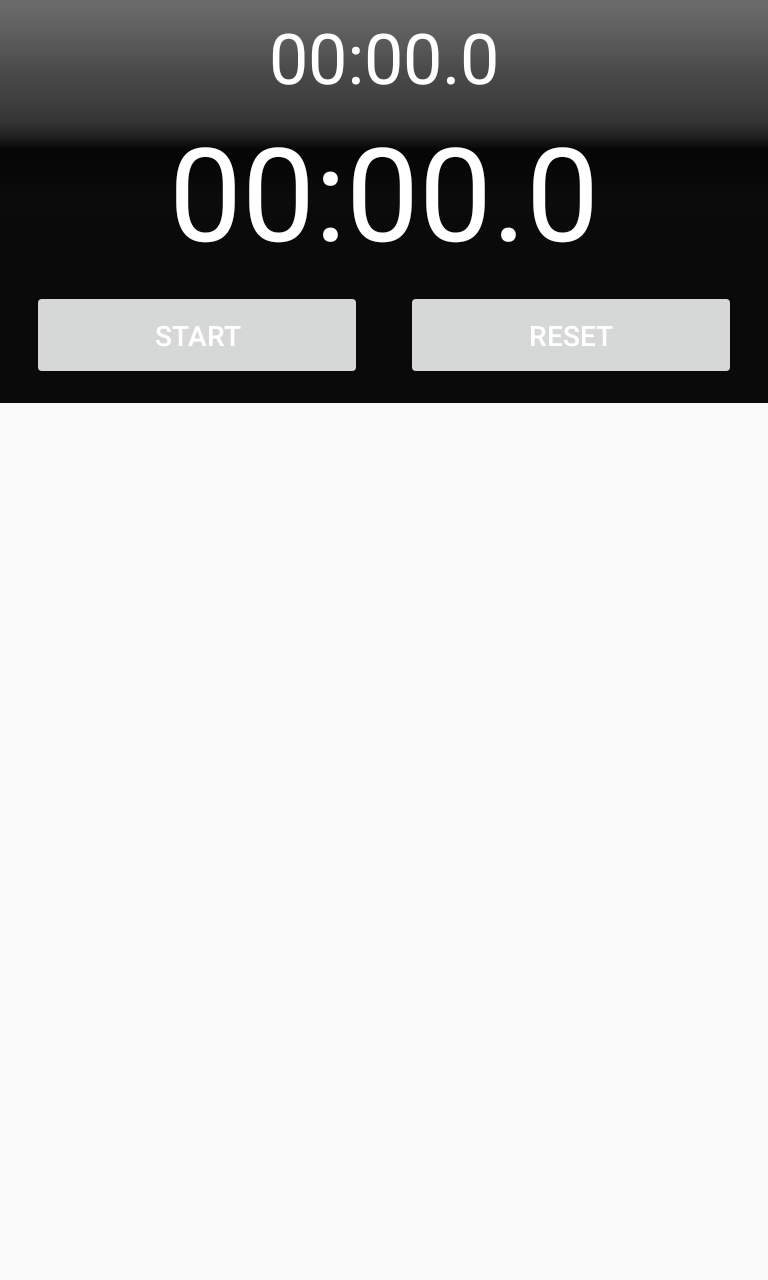
Repository: GitDidNotExitCleanly/AndroidTimer
Layout: G54MDP_Stopwatch/res/layout/fragment_stopwatch.xml
These files come from the project's save history. The layout is drawn as it stood at one moment and after the next save; the edit follows.
Pictures or frames that could not be fetched are drawn as grey boxes. It is drawn on a 768 x 1280 px phone screen (xhdpi) without system bars, with theme AppTheme; the app's code is not run. Lists and similar views that code fills are empty.

Above is the layout before, as saved 2015-03-07 02:34:06.

After the next save:
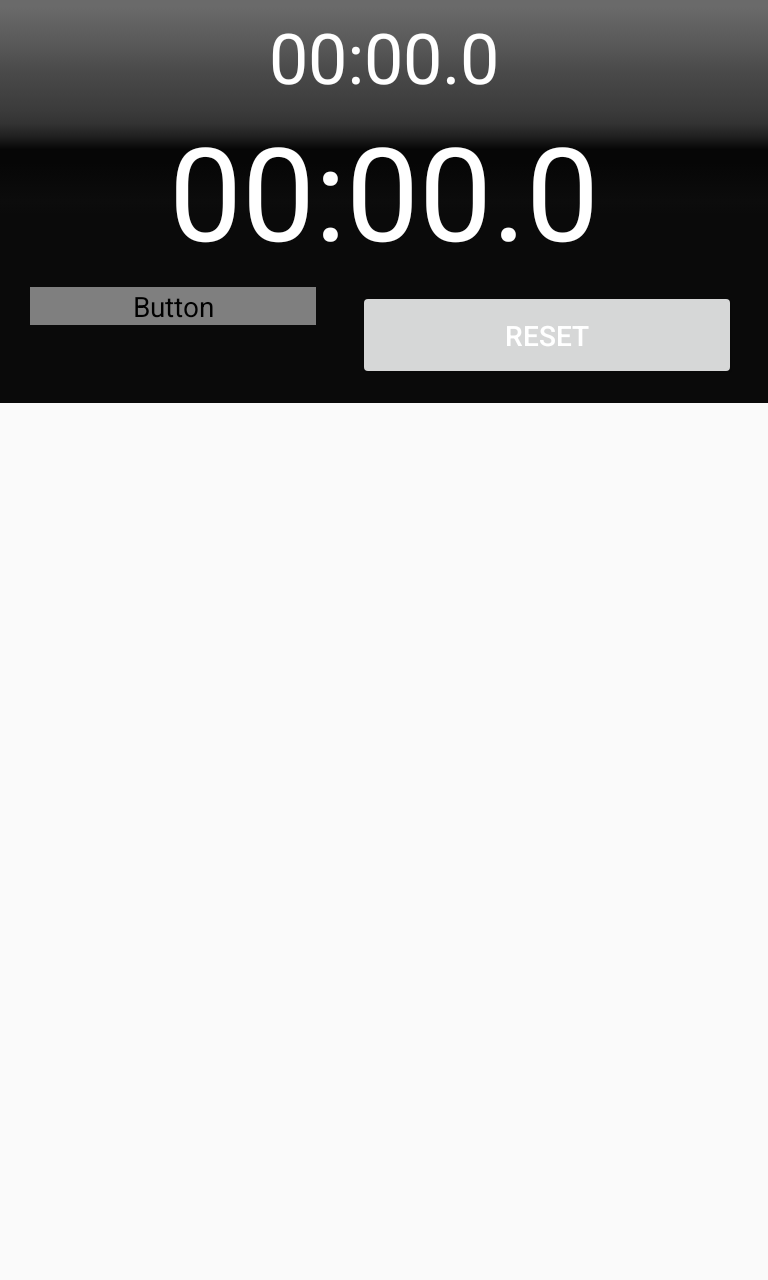
Saved 21 s later.
--- a/G54MDP_Stopwatch/res/layout/fragment_stopwatch.xml
+++ b/G54MDP_Stopwatch/res/layout/fragment_stopwatch.xml
@@ -44,7 +44,7 @@
 	                android:layout_height="wrap_content"
 	                android:layout_weight="1"
 	                android:text="Start"
-	                android:textColor="#fff"
+	                android:textColor="GREEN"
 	                android:layout_marginLeft="15dp"
 	                android:layout_marginRight="10dp" />
 

After the 3 saves that followed:
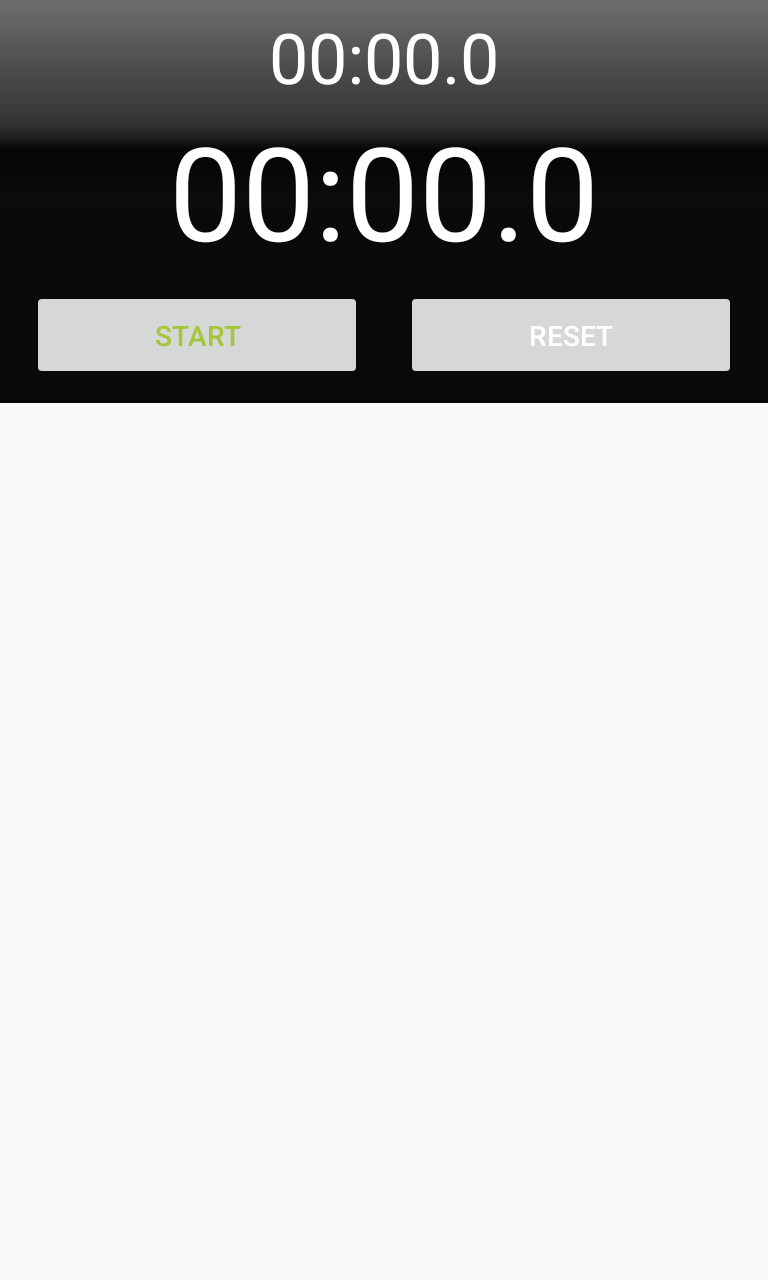
The 3 saves are shown as one change because 2 left the picture as it was.
The last was saved 2 min 48 s later.
--- a/G54MDP_Stopwatch/res/layout/fragment_stopwatch.xml
+++ b/G54MDP_Stopwatch/res/layout/fragment_stopwatch.xml
@@ -44,7 +44,7 @@
 	                android:layout_height="wrap_content"
 	                android:layout_weight="1"
 	                android:text="Start"
-	                android:textColor="GREEN"
+	                android:textColor="#a4c639"
 	                android:layout_marginLeft="15dp"
 	                android:layout_marginRight="10dp" />
 
